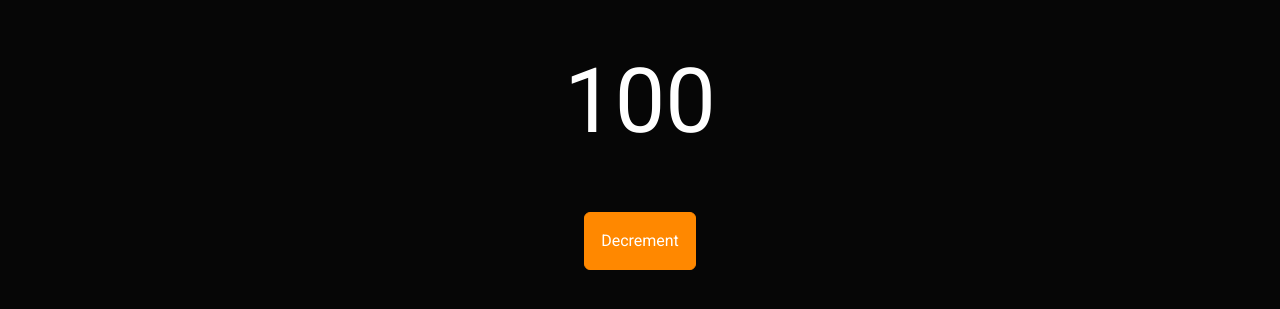
Repository: Afraz13/Emoboo
Page: /
These files come from the project's save history. The page is drawn as it stood at one moment and after a run of saves; the edit follows.
The browser window is 1280 px wide. The pictures show the whole page.
The project was rebuilt for these pictures with package versions that can differ from the ones it lists, and the page was loaded fresh each time. Also part of the build but not shown: src/App.css.

Above is the page before, as saved 2024-08-15 12:28:06.

After the next 2 saves:
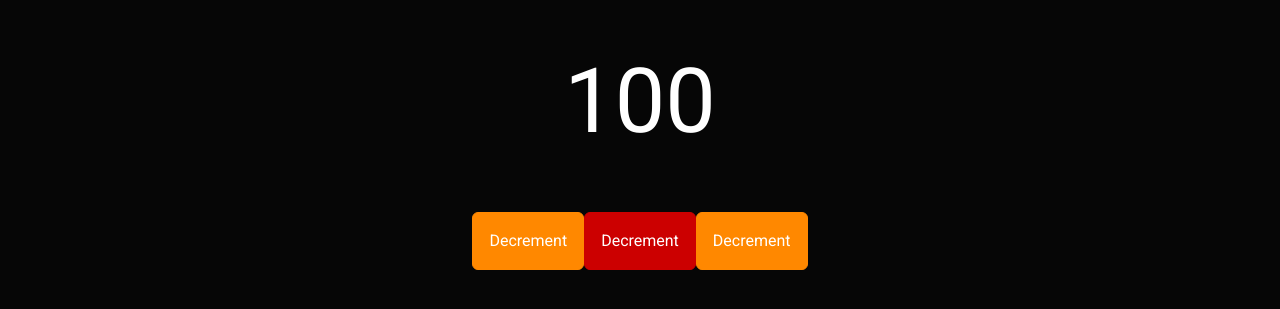
The 2 saves are shown as one change because they came seconds apart.
The last was saved 45 s later.
--- a/src/compontent/Counter.jsx
+++ b/src/compontent/Counter.jsx
@@ -5,6 +5,8 @@ function Counter() {
     <div className='d-flex justify-content-center align-items-center w-100 flex-column mt-5'>
         <h1 style={{fontSize:'90px'}}>100</h1>
         <div className='mt-5'>
+            <button className='btn btn-warning p-3'>Decrement</button>
+            <button className='btn btn-danger p-3'>Decrement</button>
             <button className='btn btn-warning p-3'>Decrement</button>
 
         </div>
